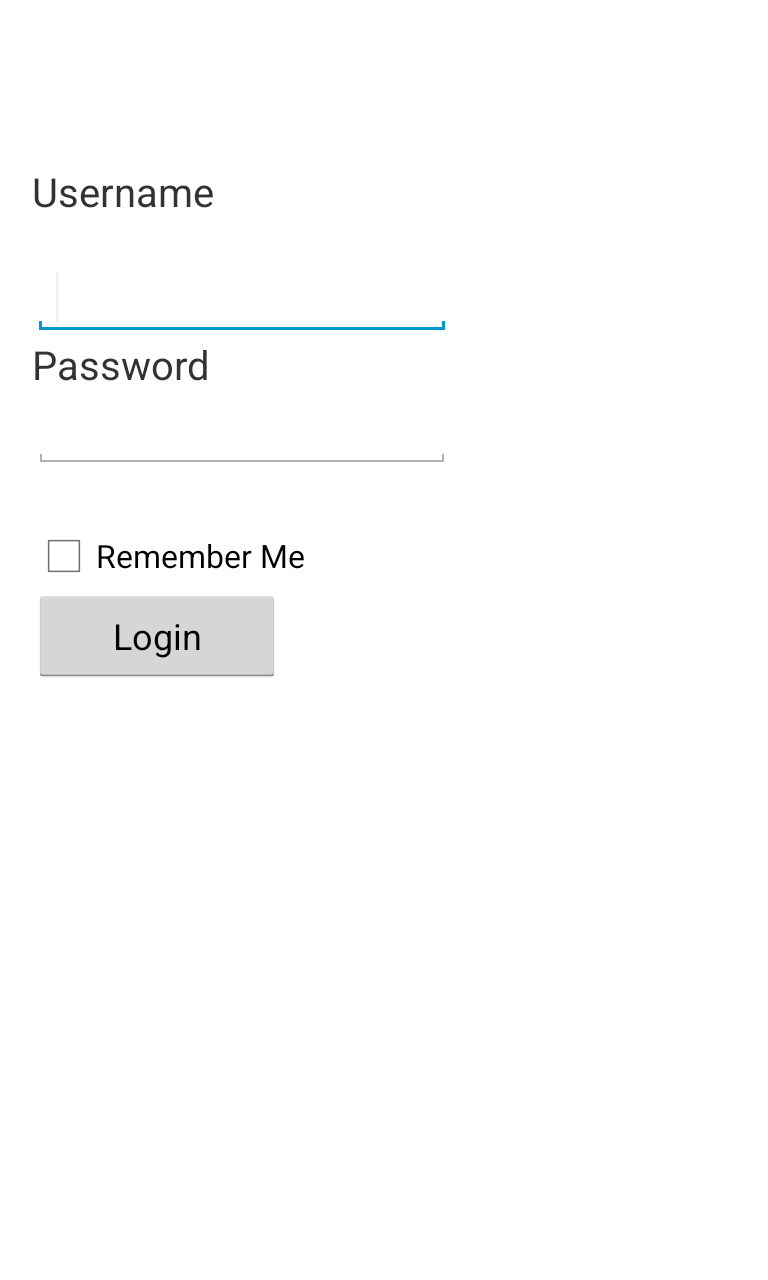
Repository: emeryduh/AndroidProject
Layout: client/TeamJonesProject/res/layout/activity_login.xml
These files come from the project's save history. The layout is drawn as it stood at one moment and after the next save; the edit follows.
It is drawn on a 768 x 1280 px phone screen (xhdpi) without system bars, with theme AppTheme; the app's code is not run.

Above is the layout before, as saved 2014-10-01 01:17:19.

### client/TeamJonesProject/res/layout/activity_login.xml
<RelativeLayout xmlns:android="http://schemas.android.com/apk/res/android"
    xmlns:tools="http://schemas.android.com/tools"
    android:layout_width="match_parent"
    android:layout_height="match_parent"
    android:paddingBottom="@dimen/activity_vertical_margin"
    android:paddingLeft="@dimen/activity_horizontal_margin"
    android:paddingRight="@dimen/activity_horizontal_margin"
    android:paddingTop="@dimen/activity_vertical_margin"
    tools:context="com.comp313.LoginActivity" >

    <LinearLayout
        android:id="@+id/linearLayout_header"
        android:layout_width="wrap_content"
        android:layout_height="wrap_content"
        android:layout_alignParentLeft="true"
        android:layout_alignParentTop="true"
        android:orientation="vertical" >
    </LinearLayout>

    <LinearLayout
        android:id="@+id/linearLayout_body"
        android:layout_width="wrap_content"
        android:layout_height="wrap_content"
        android:layout_alignLeft="@+id/linearLayout_header"
        android:layout_below="@+id/linearLayout_header"
        android:orientation="vertical" >

        <TextView
            android:id="@+id/username_text"
            android:layout_width="wrap_content"
            android:layout_height="wrap_content"
            android:layout_alignLeft="@+id/password_text"
            android:layout_alignParentTop="true"
            android:layout_marginTop="66dp"
            android:text="@string/username_text"
            android:textSize="20sp" />

        <EditText
            android:id="@+id/username_field"
            android:layout_width="wrap_content"
            android:layout_height="wrap_content"
            android:layout_alignRight="@+id/password_field"
            android:layout_below="@+id/username_text"
            android:layout_marginTop="20dp"
            android:ems="10"
            android:inputType="textAutoComplete" >

            <requestFocus />
        </EditText>

        <TextView
            android:id="@+id/password_text"
            android:layout_width="wrap_content"
            android:layout_height="wrap_content"
            android:layout_above="@+id/password_field"
            android:layout_centerHorizontal="true"
            android:text="@string/password_text"
            android:textSize="20sp" />

        <EditText
            android:id="@+id/password_field"
            android:layout_width="wrap_content"
            android:layout_height="wrap_content"
            android:layout_alignParentRight="true"
            android:layout_centerVertical="true"
            android:layout_marginRight="32dp"
            android:ems="10"
            android:inputType="textPassword" />

        <CheckBox
            android:id="@+id/rememberMeCheckBox"
            android:layout_width="wrap_content"
            android:layout_height="wrap_content"
            android:layout_alignRight="@+id/password_text"
            android:layout_below="@+id/password_field"
            android:layout_marginTop="27dp"
            android:text="@string/rememberMe_text" />

        <Button
            android:id="@+id/loginButton"
            android:layout_width="250px"
            android:layout_height="wrap_content"
            android:layout_below="@+id/rememberMeCheckBox"
            android:layout_centerHorizontal="true"
            android:text="@string/login_text" />
    </LinearLayout>

    <LinearLayout
        android:id="@+id/linearLayout_footer"
        android:layout_width="wrap_content"
        android:layout_height="wrap_content"
        android:layout_alignParentBottom="true"
        android:layout_alignParentLeft="true"
        android:layout_marginBottom="50dp"
        android:orientation="vertical" >
    </LinearLayout>

</RelativeLayout>

### client/TeamJonesProject/res/values/dimens.xml
<resources>

    <!-- Default screen margins, per the Android Design guidelines. -->
    <dimen name="activity_horizontal_margin">16dp</dimen>
    <dimen name="activity_vertical_margin">16dp</dimen>

    <!-- Chat Activity Configuration -->
    <dimen name="chatbox_min_height">15dp</dimen>
    <dimen name="chatbox_max_height">150dp</dimen>
    <dimen name="chatbox_min_width">15dp</dimen>
    <dimen name="chatbox_max_width">150dp</dimen>
</resources>

### client/TeamJonesProject/res/values/strings.xml
<?xml version="1.0" encoding="utf-8"?>
<resources>

    <string name="app_name">CentChat</string>
    <string name="action_settings">Settings</string>

    <!-- Chat screen text -->
    <string name="btnSend_text">Send</string>
    <string name="default_text">Welcome to CentChat!</string>
    <string name="default_clientType_text">Type a message here.</string>
    <string name="title_activity_login">LoginActivity</string>
    <string name="hello_world">Hello world!</string>

    <!-- Login screen text -->
    <string name="username_text">Username</string>
    <string name="password_text">Password</string>
    <string name="rememberMe_text">Remember Me</string>
    <string name="login_text">Login</string>
    <string name="title_activity_registration">RegistrationActivity</string>

    <!-- Registration screen text -->
    <string name="username_registration_text">Username</string>
    <string name="email_registration_text">E-mail</string>
    <string name="password_registration_text">Password</string>
    <string name="password_registration_check_text">Re-enter Password</string>
    <string name="submit_registration_text">Submit</string>


</resources>

Loaded but not shown: client/TeamJonesProject/res/values/styles.xml (common file); client/TeamJonesProject/res/values-v11/styles.xml (common file); client/TeamJonesProject/res/values-v14/styles.xml (common file); client/TeamJonesProject/res/values-w820dp/dimens.xml (common file)

After the next save:
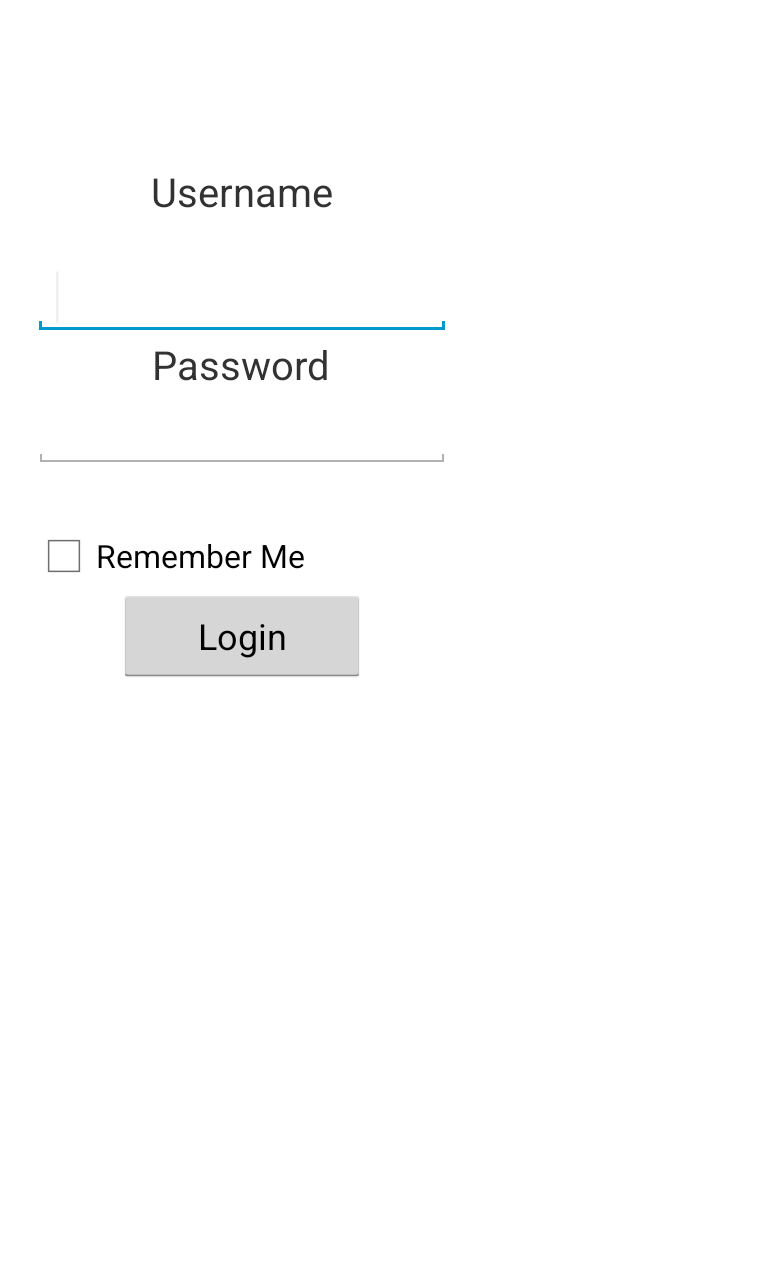
Saved 3 min 44 s later.
--- a/client/TeamJonesProject/res/layout/activity_login.xml
+++ b/client/TeamJonesProject/res/layout/activity_login.xml
@@ -29,8 +29,7 @@
             android:id="@+id/username_text"
             android:layout_width="wrap_content"
             android:layout_height="wrap_content"
-            android:layout_alignLeft="@+id/password_text"
-            android:layout_alignParentTop="true"
+            android:layout_gravity="center_horizontal"
             android:layout_marginTop="66dp"
             android:text="@string/username_text"
             android:textSize="20sp" />
@@ -39,8 +38,7 @@
             android:id="@+id/username_field"
             android:layout_width="wrap_content"
             android:layout_height="wrap_content"
-            android:layout_alignRight="@+id/password_field"
-            android:layout_below="@+id/username_text"
+            android:layout_gravity="center_horizontal"
             android:layout_marginTop="20dp"
             android:ems="10"
             android:inputType="textAutoComplete" >
@@ -52,8 +50,7 @@
             android:id="@+id/password_text"
             android:layout_width="wrap_content"
             android:layout_height="wrap_content"
-            android:layout_above="@+id/password_field"
-            android:layout_centerHorizontal="true"
+            android:layout_gravity="center_horizontal"
             android:text="@string/password_text"
             android:textSize="20sp" />
 
@@ -61,9 +58,7 @@
             android:id="@+id/password_field"
             android:layout_width="wrap_content"
             android:layout_height="wrap_content"
-            android:layout_alignParentRight="true"
-            android:layout_centerVertical="true"
-            android:layout_marginRight="32dp"
+            android:layout_gravity="center_horizontal"
             android:ems="10"
             android:inputType="textPassword" />
 
@@ -71,8 +66,6 @@
             android:id="@+id/rememberMeCheckBox"
             android:layout_width="wrap_content"
             android:layout_height="wrap_content"
-            android:layout_alignRight="@+id/password_text"
-            android:layout_below="@+id/password_field"
             android:layout_marginTop="27dp"
             android:text="@string/rememberMe_text" />
 
@@ -80,9 +73,9 @@
             android:id="@+id/loginButton"
             android:layout_width="250px"
             android:layout_height="wrap_content"
-            android:layout_below="@+id/rememberMeCheckBox"
-            android:layout_centerHorizontal="true"
+            android:layout_gravity="center_horizontal"
             android:text="@string/login_text" />
+
     </LinearLayout>
 
     <LinearLayout
